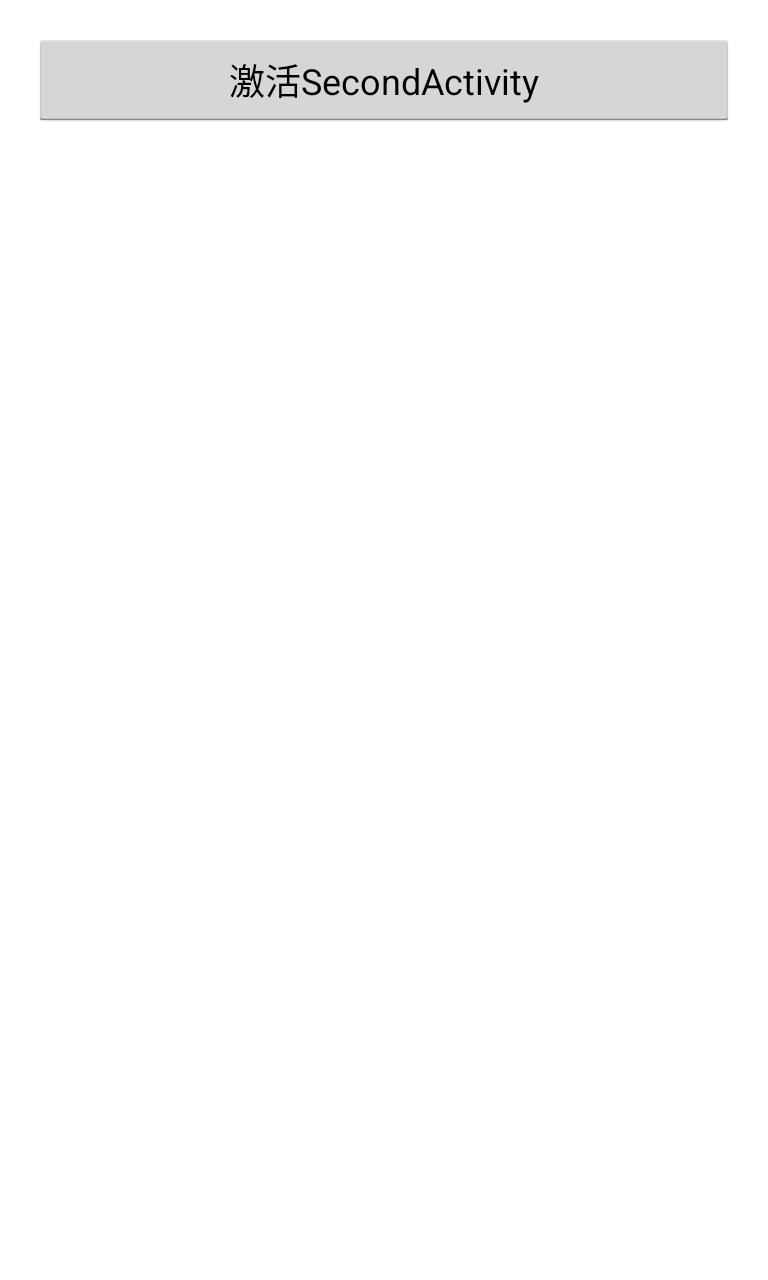
Repository: xuelang201201/Android
Layout: Android基础/Intent/res/layout/activity_main.xml
An editor plug-in stored every save of this project. The layout is shown before and after the next save, followed by the edit.
It is drawn on a 768 x 1280 px phone screen (xhdpi) without system bars, with theme AppTheme; the app's code is not run.

Above is the layout before, as saved 2016-02-15 06:21:04.

After the next save:
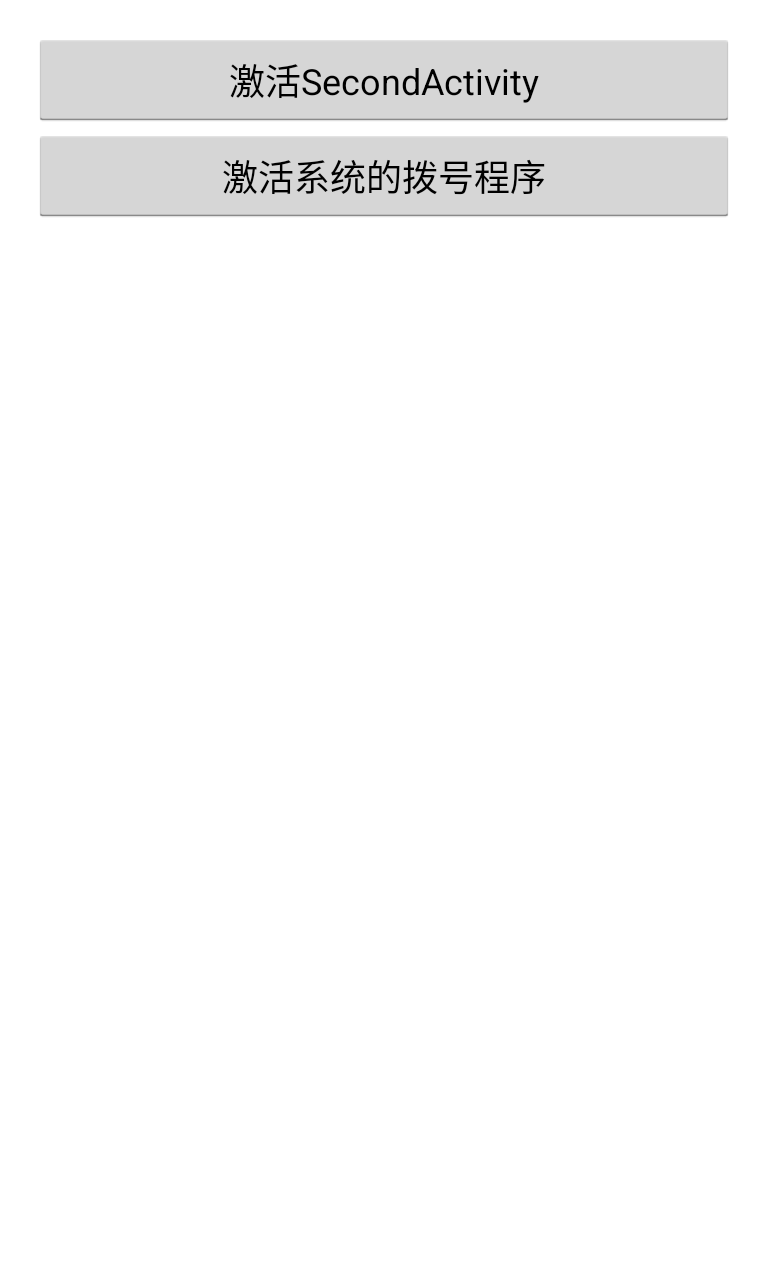
Saved 19 min 40 s later.
--- a/Android基础/Intent/res/layout/activity_main.xml
+++ b/Android基础/Intent/res/layout/activity_main.xml
@@ -16,4 +16,12 @@
         android:layout_alignParentTop="true"
         android:text="激活SecondActivity" />
 
+    <Button
+        android:id="@+id/btn_dial"
+        android:layout_width="match_parent"
+        android:layout_height="wrap_content"
+        android:layout_below="@+id/btn_start_second"
+        android:layout_centerHorizontal="true"
+        android:text="激活系统的拨号程序" />
+
 </RelativeLayout>
